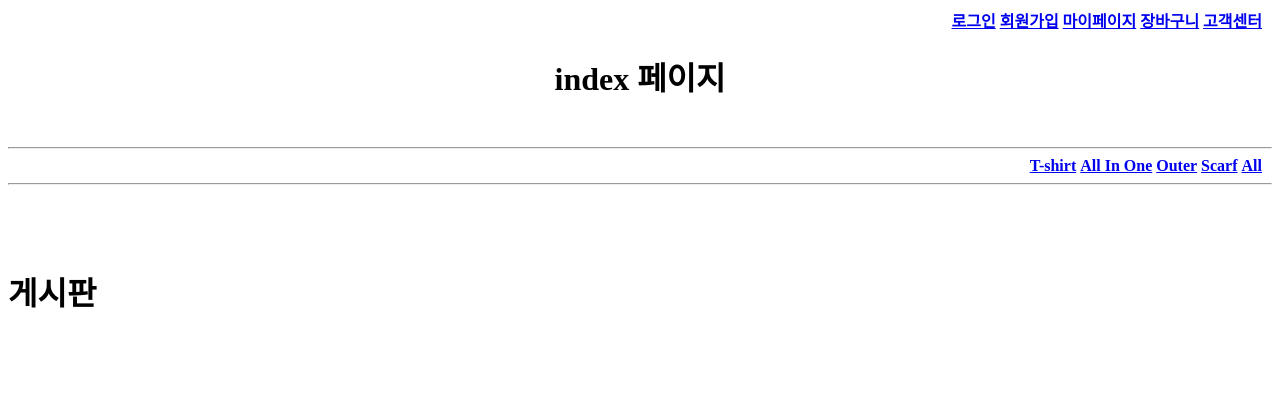
Repository: leeseungho1994/shopping
Page: http://localhost/shopping/WEB-INF/views/center/board.jsp
The author's editor kept a copy of each file at every save. The page is drawn from the files as they stood at one save, then again after the next save.
The browser window is 1280 px wide. The pictures show the whole page.
The page is served by Tomcat 9. Nobody is signed in. Other server files are loaded and not shown. The template is opened directly, without the code that normally fills it, so the values that code supplies are empty.

Above is the page before, as saved 2020-12-10 14:16:23.

### shopping/src/main/webapp/WEB-INF/views/center/board.jsp
<%@ page language="java" contentType="text/html; charset=UTF-8"
    pageEncoding="UTF-8"%>
    <%@taglib prefix="c" uri="http://java.sun.com/jsp/jstl/core" %>
<!DOCTYPE html>
<html>
<head>
<meta charset="UTF-8">
<title>게시판</title>
</head>
<body>
<c:import url="../default/header.jsp"/>
<h1>게시판</h1>
<table>

</table>
</body>
</html>

### shopping/src/main/webapp/WEB-INF/views/default/header.jsp
<%@ page language="java" contentType="text/html; charset=UTF-8"
    pageEncoding="UTF-8"%>
<!DOCTYPE html>
<html>
<head>
<meta charset="UTF-8">
<title>머리말</title>
</head>
<body>
<body>
<div style="text-align: right; margin-right: 10px;">
	<a href="#"><b>로그인</b></a>
	<a href="#"><b>회원가입</b></a>
	<a href="myPage"><b>마이페이지</b></a>
	<a href="#"><b>장바구니</b></a>
	<a href="center"><b>고객센터</b></a>
</div>
<h1 style="text-align: center">index 페이지</h1><br>
<hr>
<div style="text-align: right; margin-right: 10px;">
	<a href="#"><b>T-shirt</b></a>
	<a href="#"><b>All In One</b></a>
	<a href="#"><b>Outer</b></a>
	<a href="#"><b>Scarf</b></a>
	<a href="#"><b>All</b></a>
</div>
<hr>
<br><br><br>
</body>
</html>

After the next save:
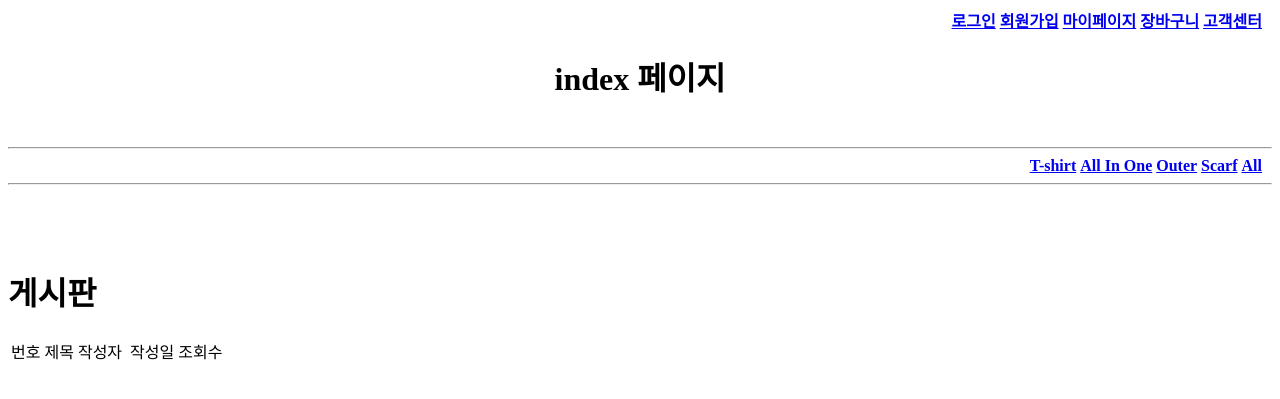
Saved 2 min 18 s later.
--- a/shopping/src/main/webapp/WEB-INF/views/center/board.jsp
+++ b/shopping/src/main/webapp/WEB-INF/views/center/board.jsp
@@ -11,7 +11,9 @@
 <c:import url="../default/header.jsp"/>
 <h1>게시판</h1>
 <table>
-
+	<tr>
+		<td>번호</td><td>제목</td><td>작성자</td><td></td><td>작성일</td><td>조회수</td>
+	</tr>
 </table>
 </body>
 </html>
